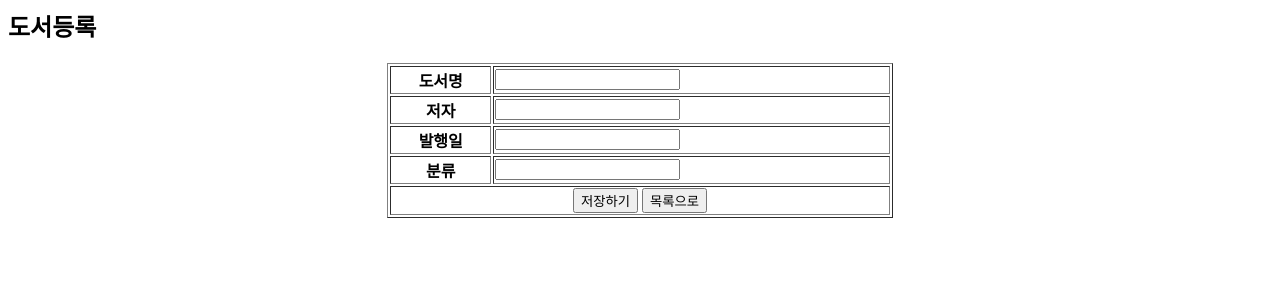
Repository: Mildous/HKIT-BackendClass
Page: http://localhost/jspTest/BookInfo/insert_sub.jsp
An editor plug-in stored every save of this project. The page is shown before and after the next save, followed by the edit.
The browser window is 1280 px wide. The pictures show the whole page.
The page is served by Tomcat 9. Other server files are loaded and not shown.

Above is the page before, as saved 2022-08-16 07:07:16.

### workspace/jsp/jspTest/WebContent/BookInfo/insert_sub.jsp
<%@ page language="java" contentType="text/html; charset=UTF-8"
    pageEncoding="UTF-8"%>

<h2>도서등록</h2>

<form name="DirForm">
<table border="1" width="40%" align="center">
	<tr>
		<th>도서명</th>
		<td><input type="text" name="subject" id="subject"></td>
	</tr>
	<tr>
		<th>저자</th>
		<td><input type="text" name="authorId" id="authorNo"></td>
	</tr>
	<tr>
		<th>발행일</th>
		<td><input type="text" name="created" id="created"></td>
	</tr>
	<tr>
		<th>분류</th>
		<td><input type="text" name="profileId" id="profileNo"></td>
	</tr>
	<tr>
		<td colspan="2" align="center">
			<button type="button" onClick="formSubmit();">저장하기</button>
			<button type="button" onClick="location.href='list.jsp';">목록으로</button>
		</td>
	</tr>
</table>
</form>

<script>
function formSubmit() {
	if(confirm('저장할까요?')) {
		document.DirForm.action = "insertProc.jsp";
		document.DirForm.method = "post";
		document.DirForm.submit();
	}
}
</script>

After the next save:
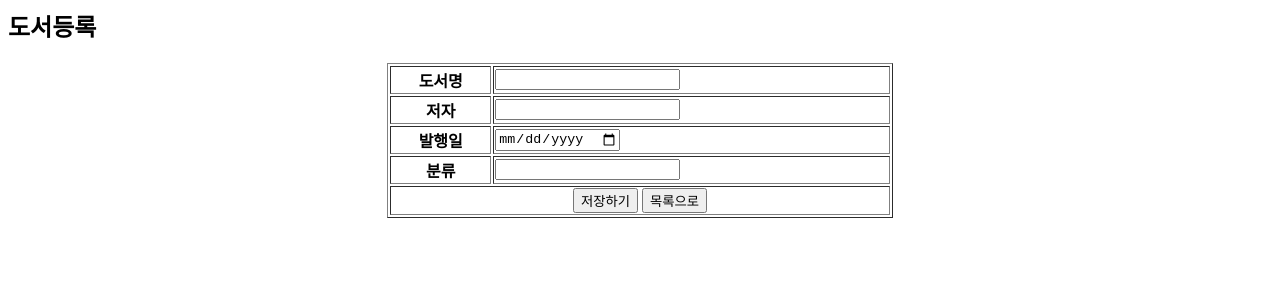
Saved 54 s later.
--- a/workspace/jsp/jspTest/WebContent/BookInfo/insert_sub.jsp
+++ b/workspace/jsp/jspTest/WebContent/BookInfo/insert_sub.jsp
@@ -15,7 +15,7 @@
 	</tr>
 	<tr>
 		<th>발행일</th>
-		<td><input type="text" name="created" id="created"></td>
+		<td><input type="date" name="created" id="created"></td>
 	</tr>
 	<tr>
 		<th>분류</th>
